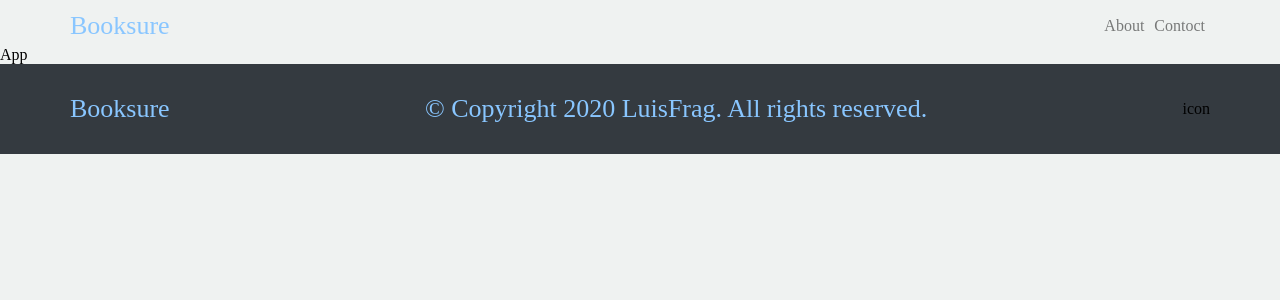
Repository: changesxxx/searchBooks
Page: /
The author's editor kept a copy of each file at every save. The page is drawn from the files as they stood at one save, then again after the next save.
The browser window is 1280 px wide. The pictures show the whole page.
The project was rebuilt for these pictures with package versions that can differ from the ones it lists, and the page was loaded fresh each time. Also part of the build but not shown: craco.config.js.

Above is the page before, as saved 2024-06-24 12:03:16.

After the next save:
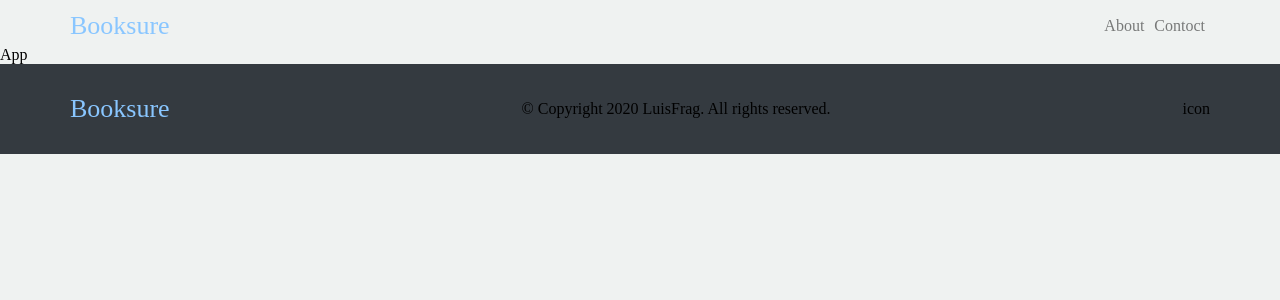
Saved 11 s later.
--- a/src/components/pageFooter/PageFooter.jsx
+++ b/src/components/pageFooter/PageFooter.jsx
@@ -7,7 +7,7 @@
     <FooterWrapper>
       <div className="content_mid content ">
         <div className="title">Booksure</div>
-        <div className="title">
+        <div className="text">
           © Copyright 2020 LuisFrag. All rights reserved.
         </div>
         <div className="icon">icon</div>
